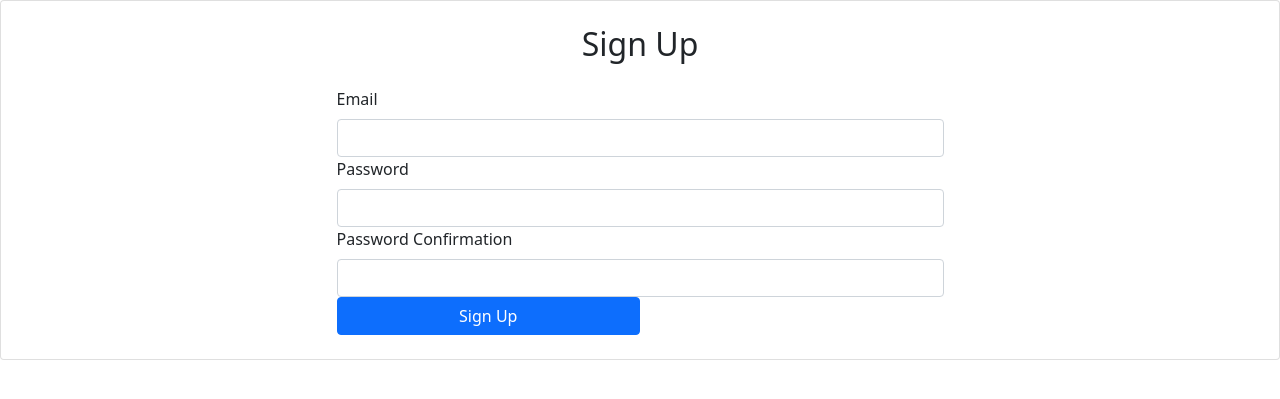
Repository: carinvid/reach-eshop
Page: /signup
These files come from the project's save history. The page is drawn as it stood at one moment and after the next save; the edit follows.
The browser window is 1280 px wide. The pictures show the whole page.
The page's requests for data from a server got no answer. The project was rebuilt for these pictures with package versions that can differ from the ones it lists, and the page was loaded fresh each time. No one was signed in, and anything a server would have sent is missing. Also part of the build but not shown: src/Header.css, src/Header.js, src/Home.css, src/Product.css, src/Product.js, src/Home.js, src/Checkout.css, src/CheckoutProduct.css and 7 more.

Above is the page before, as saved 2022-04-06 15:35:49.

After the next save:
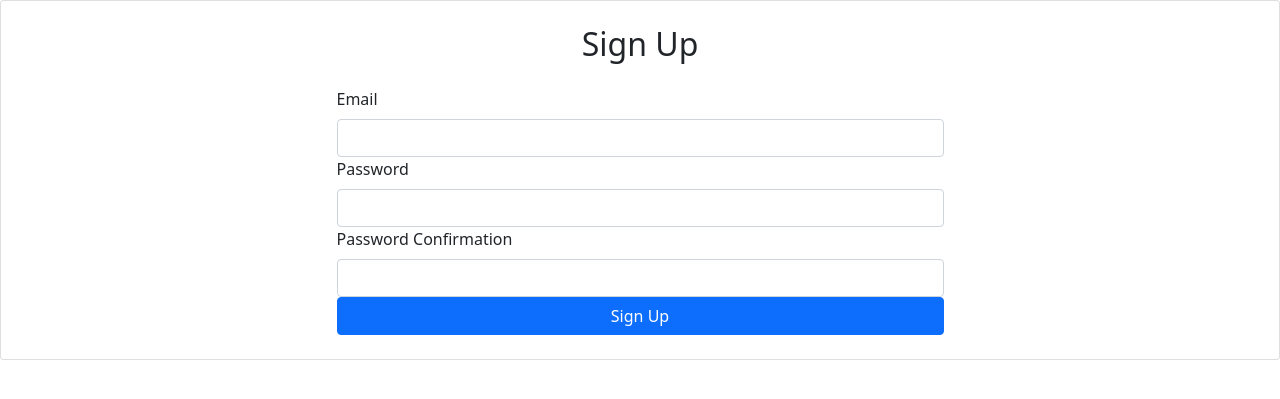
Saved 46 s later.
--- a/src/Signup.js
+++ b/src/Signup.js
@@ -25,7 +25,7 @@ export default function Signup() {
                         <Form.Label>Password Confirmation</Form.Label>
                         <Form.Control type="password" ref={passwordConfirmRef} required ></Form.Control>
                     </Form.Group>
-                    <Button className="w-50 center" type="submit">Sign Up</Button>
+                    <Button className="w-100" type="submit">Sign Up</Button>
             </Form>
         </Card.Body>
     </Card>
